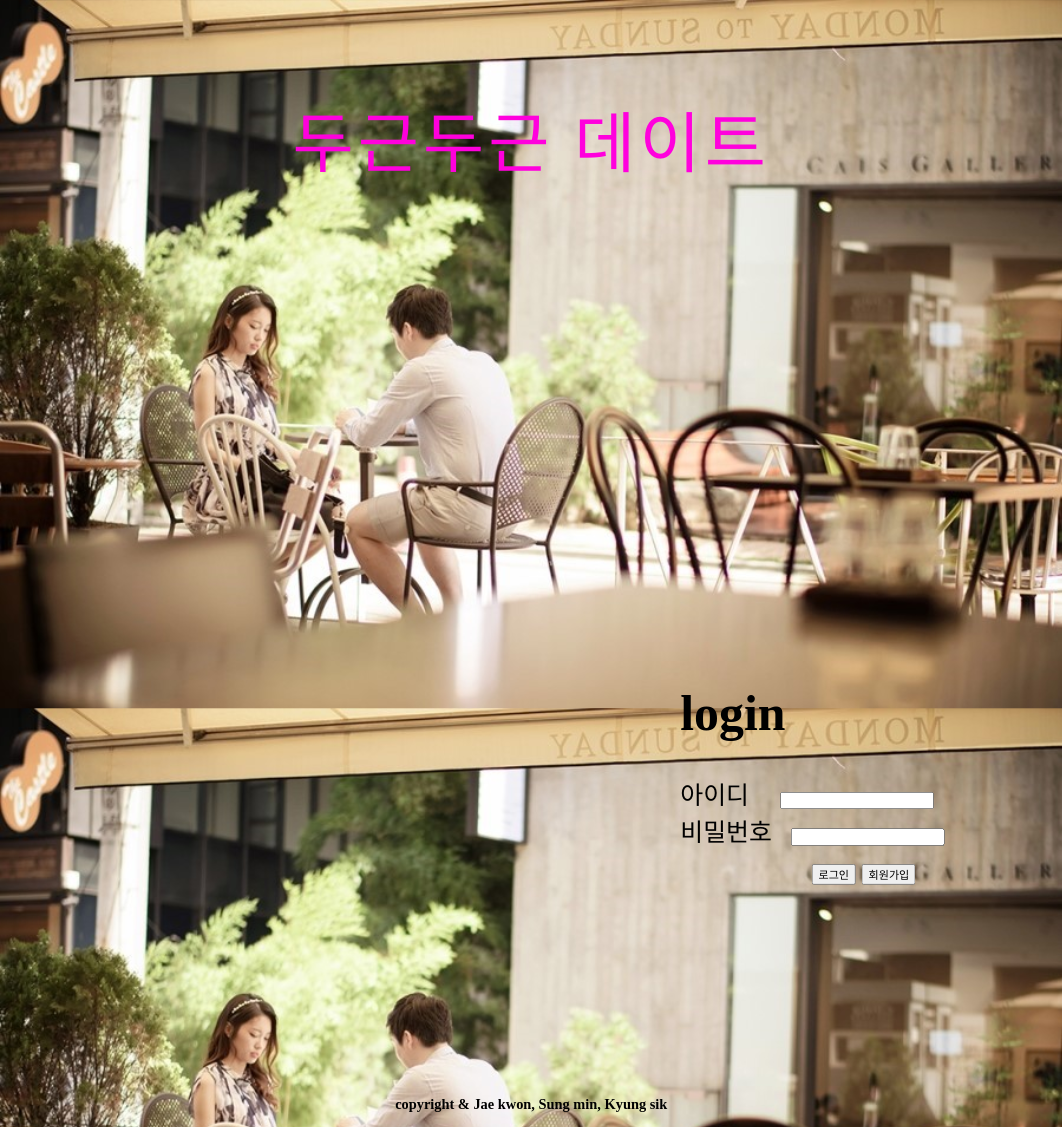
Repository: pinokio531/date_application
Page: http://localhost/doogeunDate/indexPage.jsp
An editor plug-in stored every save of this project. The page is shown before and after the next save, followed by the edit.
The browser window is 1280 px wide. The pictures show the whole page, at 83% of full size.
Some web fonts or font styles are not loaded; a fallback is used. The page is served by Tomcat 9.

Above is the page before, as saved 2019-06-04 09:57:38.

### doogeunDate/WebContent/indexPage.jsp
<%@ page language="java" contentType="text/html; charset=UTF-8"
    pageEncoding="UTF-8"%>
<%@ page errorPage = "error/errorpage.jsp" %>
<html lang="en">

<head>
	<link href="https://fonts.googleapis.com/css?family=Nanum+Brush+Script&display=swap" rel="stylesheet">
	<meta charset="EUC-KR">
	<meta http-equiv="X-UA-Compatible" content="ie=edge">
	<title>Document</title>
	<link rel="stylesheet" type="text/css" href="style/index.css" />
</head>

<body>
	<div id="header">
		<p>두근두근 데이트</p>
	</div>
	<form action="f_login.jsp" method="post">
		<div class="container">
			<div class="blank">&nbsp;</div>
			<div class="login">
				<h1>login</h1>
				아이디 &nbsp;&nbsp;&nbsp; <input name="id"><br>
				비밀번호 &nbsp;&nbsp;<input name="passwd"><br>

				<div class="button">
					<input type="submit" value="로그인">
					<input type="button" value="회원가입" onclick="location.href='joinPage.jsp'"><br>
				</div>
			</div>
		</div>
	</form>
	<div class="footer">
		<p>copyright & Jae kwon, Sung min, Kyung sik</p>
	</div>
</body>

</html>

### doogeunDate/WebContent/style/index.css
body{
    background-image:url(../asset/background.jpg);
    background-size: 100%;
}

#header{
    text-align: center;
    padding: 20px;
    font-family: 'Nanum Brush Script', cursive;
    font-size: 60pt;
    letter-spacing: 5px;
    color: #FF00DD;
}

.container{
    height: 80%;
    margin: 0 auto;
}

.blank{
    float: left;
    width: 65%;
    height: 80%;
}

.footer{
    padding-top: 400px;
    text-align: center;
    font-size: 13pt;
}

.login{
    float: right;
    margin:10px;
    width: 35%;
    height: 80%;
    font-family: 'Nanum Brush Script', cursive;
    font-size: 30px;
}

.button{
    margin: 10px;
    text-align:center;
}

.footer p {
    font-weight: bold;
}

After the next save:
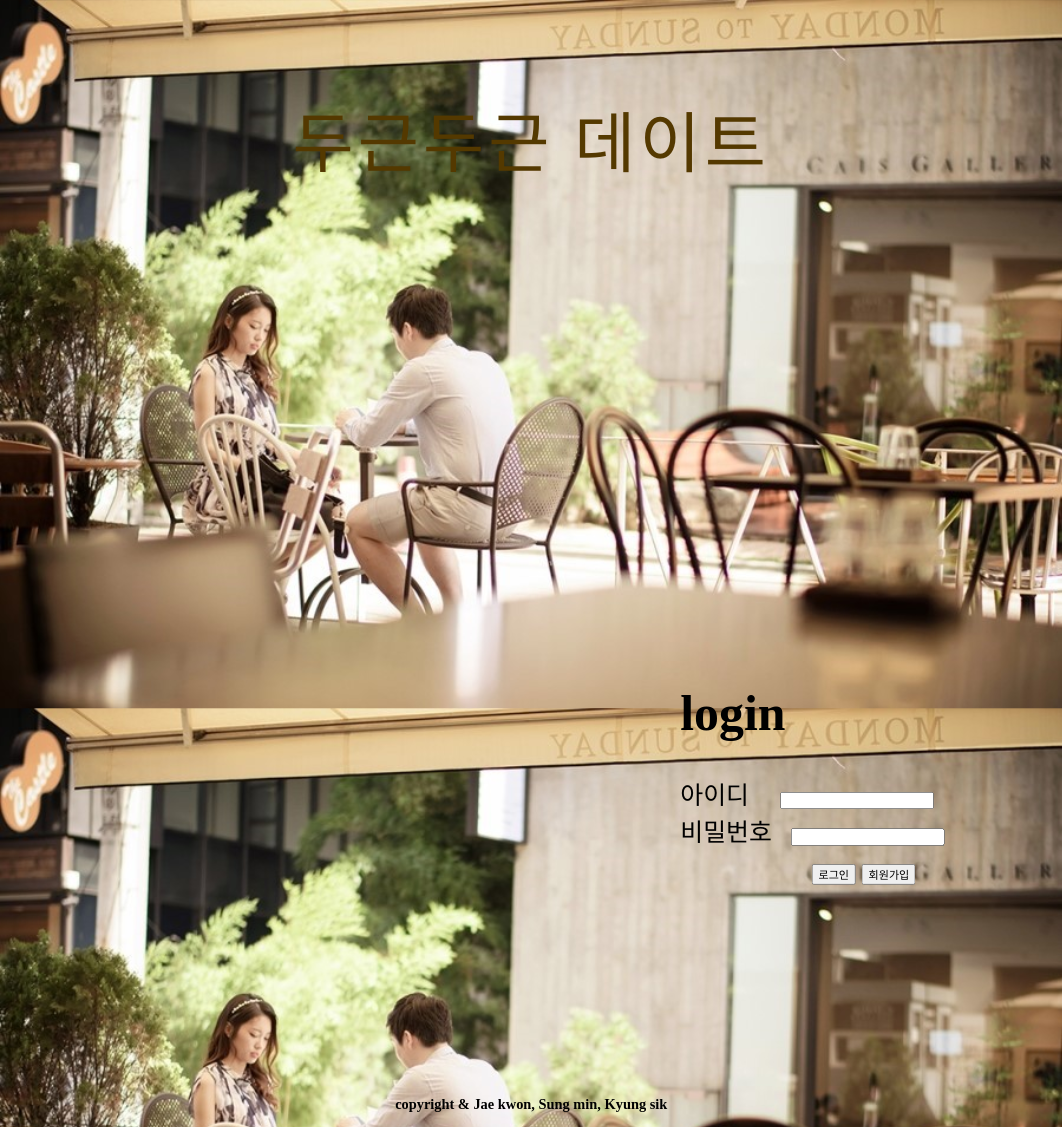
Saved 34 s later.
--- a/doogeunDate/WebContent/style/index.css
+++ b/doogeunDate/WebContent/style/index.css
@@ -9,7 +9,7 @@ body{
     font-family: 'Nanum Brush Script', cursive;
     font-size: 60pt;
     letter-spacing: 5px;
-    color: #FF00DD;
+    color: #543900;
 }
 
 .container{
